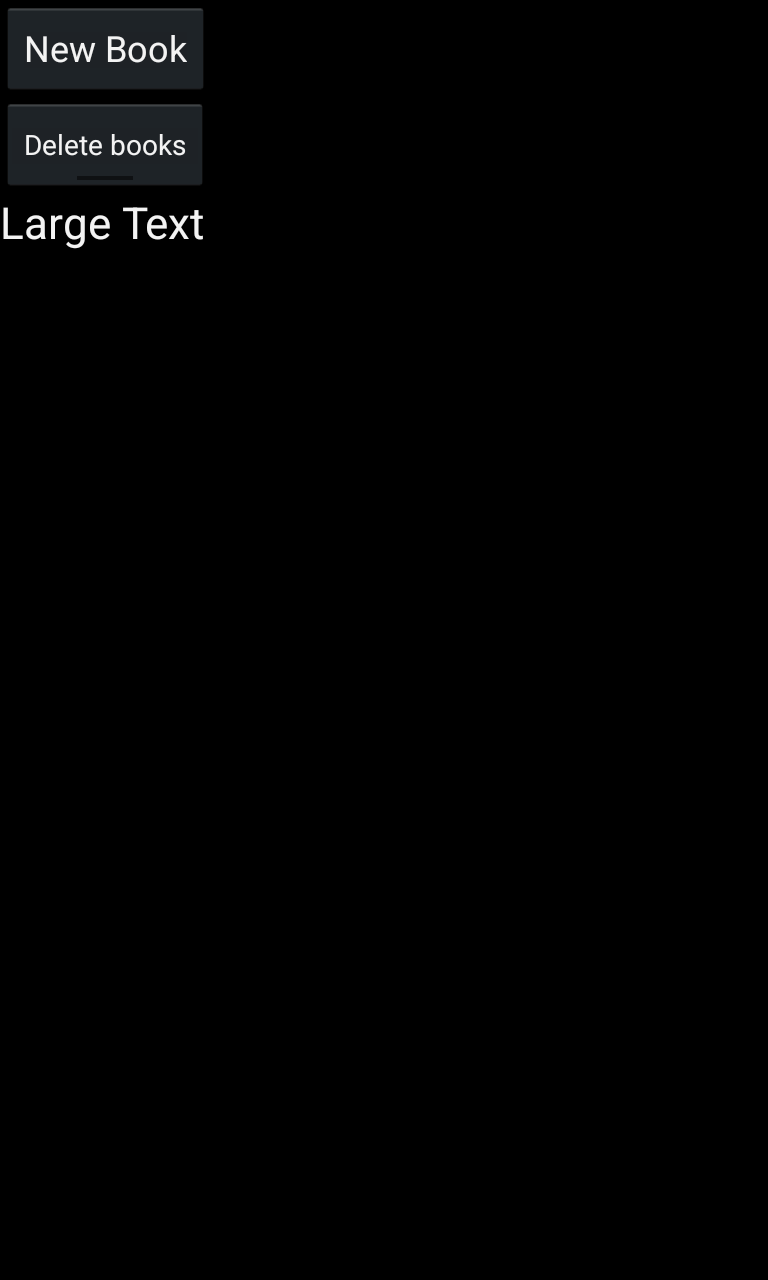
Repository: ringe/andra
Layout: Bookie/res/layout/main.xml
An editor plug-in stored every save of this project. The layout is shown before and after the next save, followed by the edit.
It is drawn on a 768 x 1280 px phone screen (xhdpi) without system bars, with theme android:Theme.Holo; the app's code is not run.

Above is the layout before, as saved 2012-02-29 10:17:28.

After the next save:
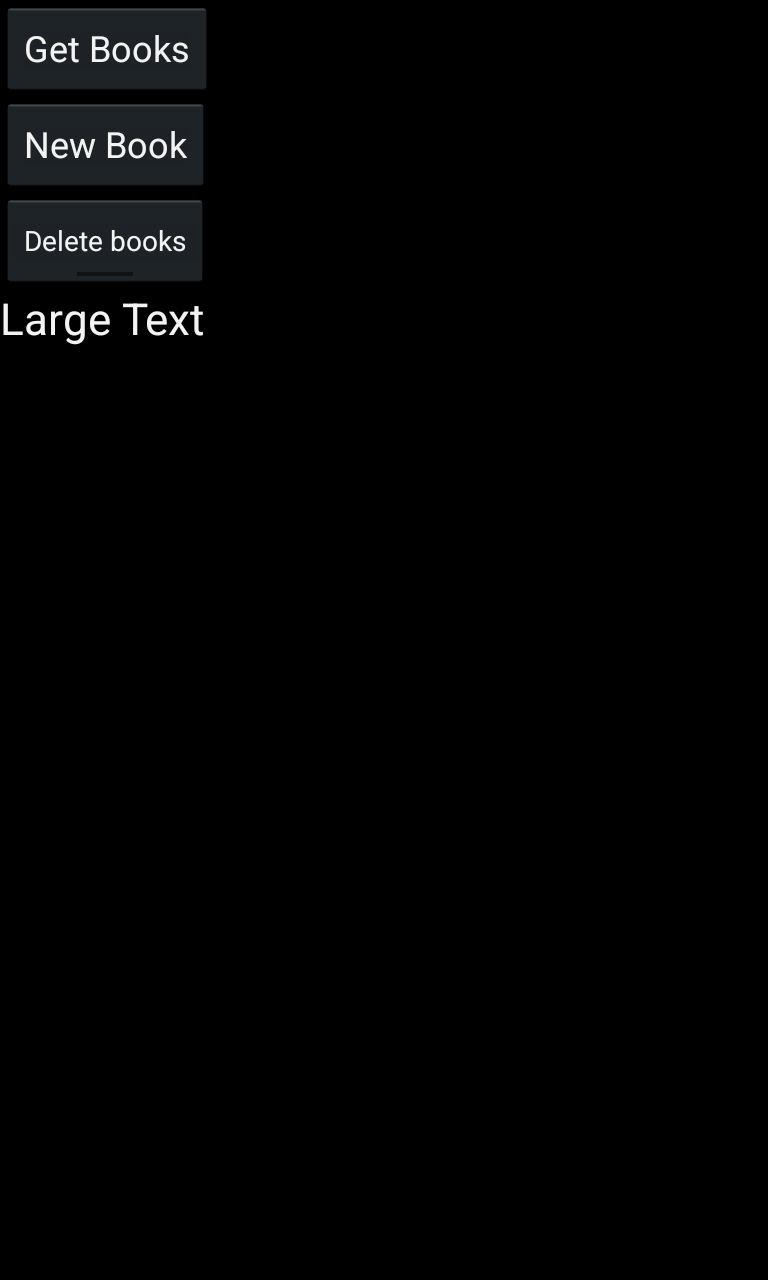
Saved 56 s later.
--- a/Bookie/res/layout/main.xml
+++ b/Bookie/res/layout/main.xml
@@ -3,6 +3,12 @@
     android:layout_width="fill_parent"
     android:layout_height="fill_parent"
     android:orientation="vertical" >
+
+    <Button
+        android:id="@+id/getBook"
+        android:layout_width="wrap_content"
+        android:layout_height="wrap_content"
+        android:text="Get Books" />
 
     <Button
         android:id="@+id/newbook"
